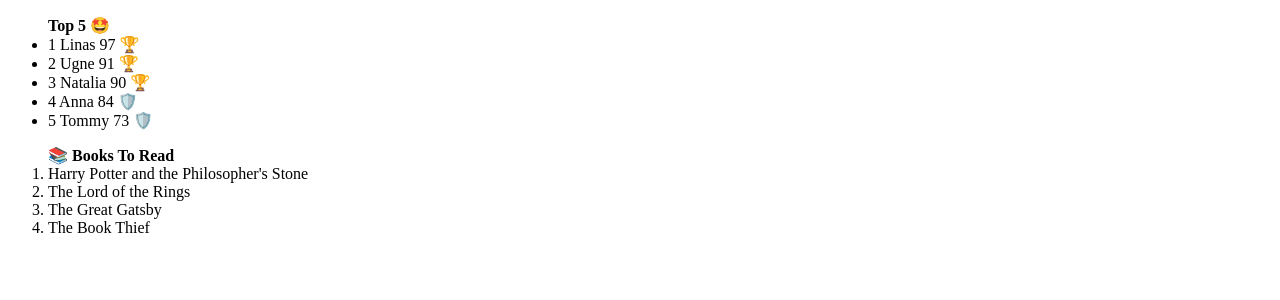
Repository: linas-dev/HTML-CSS-Projects
Page: Basic_HTML_and_CSS/HTML_Lists.html
An editor plug-in stored every save of this project. The page is shown before and after the next save, followed by the edit.
The browser window is 1280 px wide. The pictures show the whole page.

Above is the page before, as saved 2021-05-30 10:42:42.

After the next save:
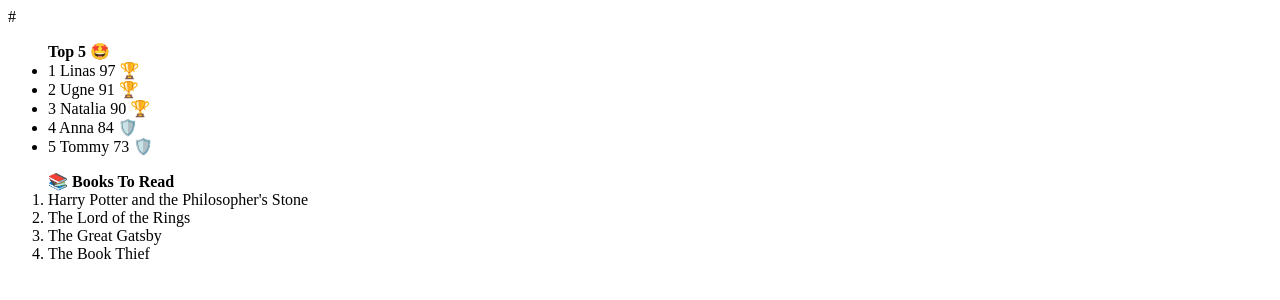
Saved 76 s later.
--- a/Basic_HTML_and_CSS/HTML_Lists.html
+++ b/Basic_HTML_and_CSS/HTML_Lists.html
@@ -3,7 +3,8 @@
 <head>
     <meta charset="UTF-8">
     <meta http-equiv="X-UA-Compatible" content="IE=edge">
-    <meta name="viewport" content="width=device-width, initial-scale=1.0">
+    <meta name="viewport" content="width=device-width, initial-scale=1.0">#
+    <link rel="stylesheet" href="CSS_Lists.css">
     <title>Document</title>
 </head>
 <body>

After the save that followed:
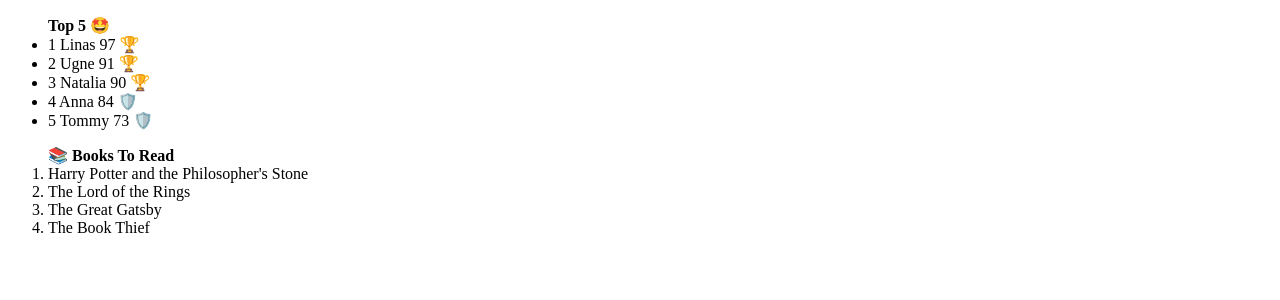
Saved 11 s later.
--- a/Basic_HTML_and_CSS/HTML_Lists.html
+++ b/Basic_HTML_and_CSS/HTML_Lists.html
@@ -3,7 +3,7 @@
 <head>
     <meta charset="UTF-8">
     <meta http-equiv="X-UA-Compatible" content="IE=edge">
-    <meta name="viewport" content="width=device-width, initial-scale=1.0">#
+    <meta name="viewport" content="width=device-width, initial-scale=1.0">
     <link rel="stylesheet" href="CSS_Lists.css">
     <title>Document</title>
 </head>
